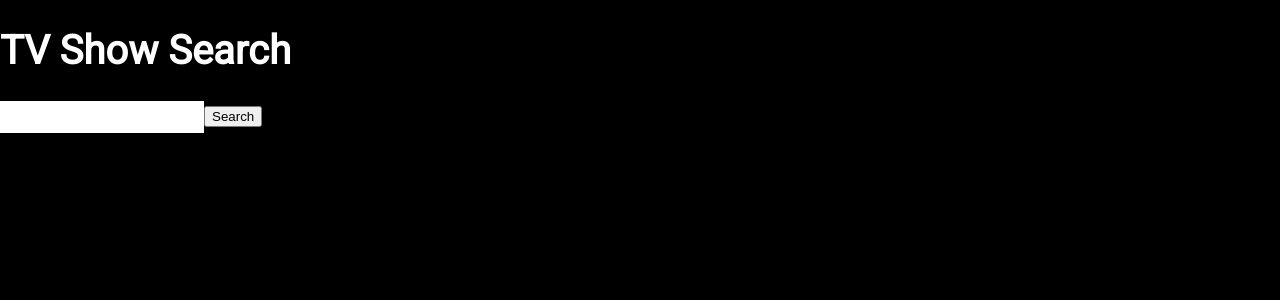
Repository: shayanabedi98/tv-search-react
Page: /
These files come from the project's save history. The page is drawn as it stood at one moment and after a run of saves; the edit follows.
The browser window is 1280 px wide. The pictures show the whole page.
The project was rebuilt for these pictures with package versions that can differ from the ones it lists, and the page was loaded fresh each time. Also part of the build but not shown: vite.config.js.

Above is the page before, as saved 2024-01-02 02:23:58.

### index.html
<!doctype html>
<html lang="en">
  <head>
    <meta charset="UTF-8" />
    <link rel="icon" type="image/svg+xml" href="https://www.svgrepo.com/show/503669/tv.svg" />
    <meta name="viewport" content="width=device-width, initial-scale=1.0" />
    <title>TV Show Search | React</title>
  </head>
  <body>
    <div id="root"></div>
    <script type="module" src="/src/main.jsx"></script>
  </body>
</html>

### src/App.jsx
import { useState } from "react";
import { v4 as uuid } from "uuid";
import List from "./List";
import Search from "./Search";

function App() {
  const [input, setInput] = useState();
  const [showList, setShowList] = useState([]);

  const fetchShow = async () => {
    try {
      if (input) {
        const response = await fetch(
          `https://api.tvmaze.com/search/shows?q=${input}`
        );
        const responseJson = await response.json();
        let newList = [];
        for (let i = 0; i < responseJson.length; i++) {
          if (responseJson[i].show.image) {
            newList.push({
              id: uuid(),
              name: responseJson[i].show.name,
              img: responseJson[i].show.image.medium,
              language: responseJson[i].show.language,
              rating: responseJson[i].show.rating.average,
            });
          }
        }
        setShowList(newList);
        console.log(responseJson);
      }
    } catch (err) {
      console.log(err);
    }
  };

  const handleChange = (e) => {
    setInput(e.target.value);
  };

  return (
    <div>
      <Search fetchShow={fetchShow} input={input} handleChange={handleChange} />
      <List showList={showList} />
    </div>
  );
}

export default App;

### src/index.css
@import url('https://fonts.googleapis.com/css2?family=Roboto&display=swap');

body {
  font-family: 'Roboto', sans-serif;
  margin: 0;
  padding: 0;
  background-color: black;
  color: white;
}

.search h1 {
  font-size: 40px;
}

.search input {
  border: none;
  height: 30px;
  width: 200px;
}

### src/List.jsx
import React from "react";

const List = ({ showList }) => {
  return (
    <div className="list">
      {showList.length > 0 &&
        showList.map((show) => {
          return (
            <div className="card" key={show.id}>
              <h2>{show.name}</h2>
              <img src={show.img} alt={`cover photo of ${show.name}`} />
              <p>
                <span>Language: </span>
                {show.language}
              </p>
              <p>{show.rating ? `Rating: ${show.rating}⭐` : "Rating: N/A"}</p>
            </div>
          );
        })}
    </div>
  );
};

export default List;

### src/Search.jsx
import React from "react";

const Search = ({ fetchShow, input, handleChange }) => {
  return (
    <div className="search">
        <h1>TV Show Search</h1>
      <div className="search-bar">
        <input
          required
          type="text"
          onKeyDown={(e) => e.key === "Enter" && fetchShow()}
          onChange={handleChange}
          value={input}
        />
        <button onClick={fetchShow}>Search</button>
      </div>
    </div>
  );
};

export default Search;

Loaded but not shown: src/main.jsx (common file)

After the next 2 saves:
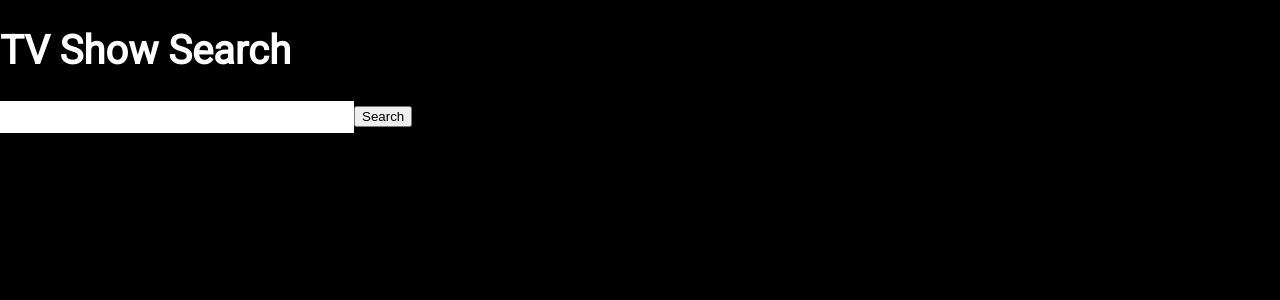
The 2 saves are shown as one change because they came seconds apart.
The last was saved 7 s later.
--- a/src/index.css
+++ b/src/index.css
@@ -15,5 +15,5 @@ body {
 .search input {
   border: none;
   height: 30px;
-  width: 200px;
+  width: 350px;
 }
